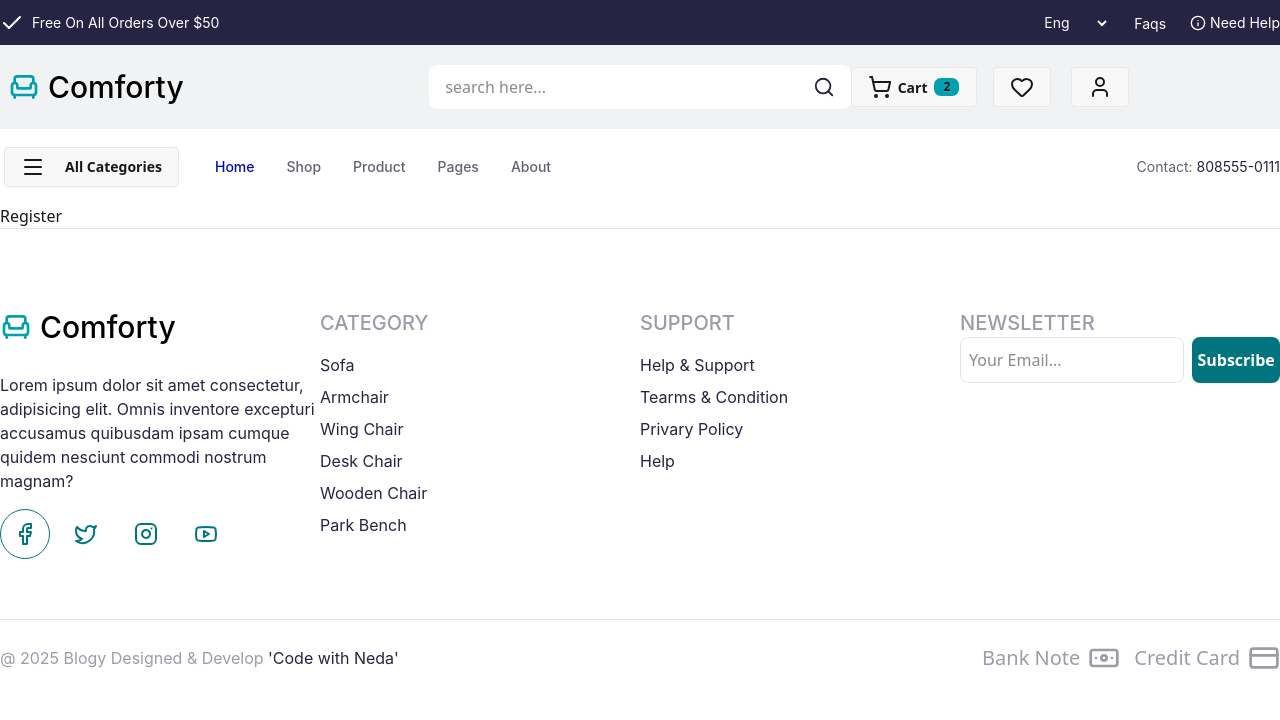
Repository: Neda0o0/store-template-website
Page: /auth/register
An editor plug-in stored every save of this project. The page is shown before and after the next save, followed by the edit.
The browser window is 1280 px wide. The pictures show the whole page.
The project was rebuilt for these pictures with package versions that can differ from the ones it lists, and the page was loaded fresh each time. Also part of the build but not shown: vite.config.js, src/components/Banner/Banner.jsx, src/components/Delivery/Delivery.jsx, src/components/Brand/Brand.jsx, src/components/SectionTitle/SectionTitle.jsx, src/components/Features/Features.jsx, src/components/Categories/Categories.jsx, src/components/Product/Product.jsx and 6 more.

Above is the page before, as saved 2025-10-27 17:33:17.

After the next save:
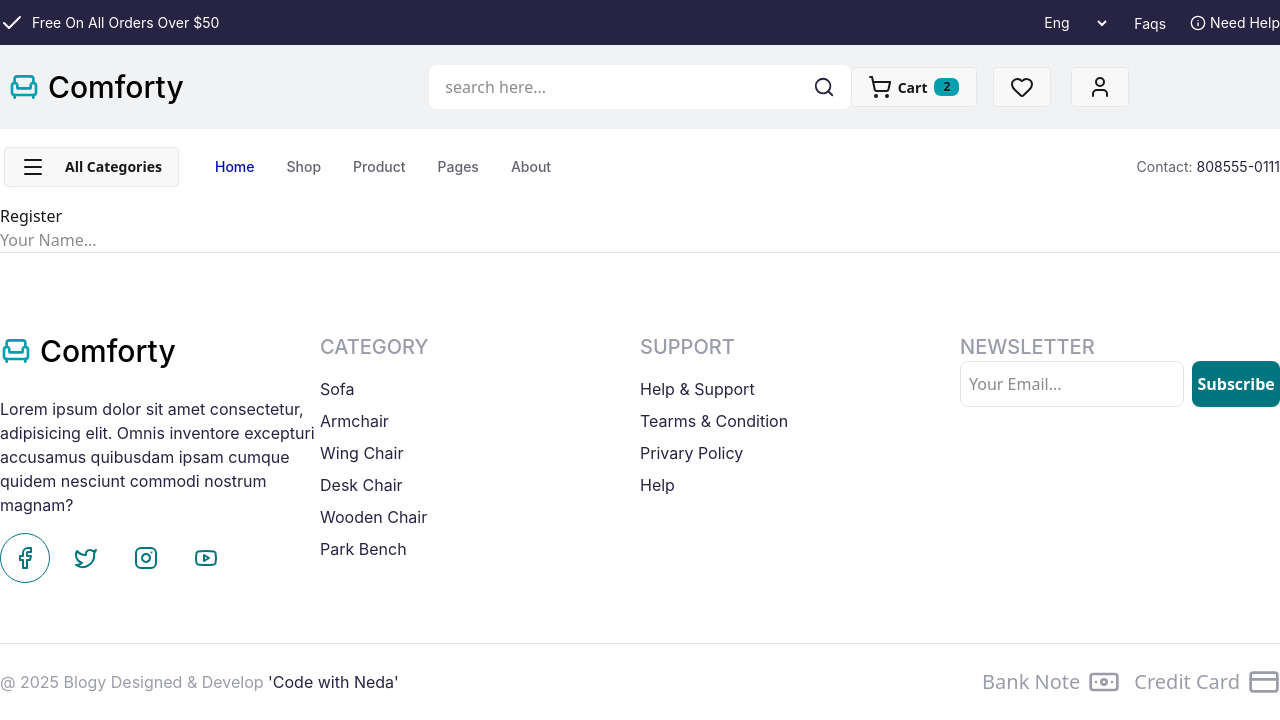
Saved 60 s later.
--- a/src/Pages/Auth/Register/Register.jsx
+++ b/src/Pages/Auth/Register/Register.jsx
@@ -3,6 +3,9 @@ const Register = () => {
     <div className="lg:container mx-auto">
       <div>
         <h3>Register</h3>
+        <form action="#">
+          <input type="text" placeholder="Your Name..." />
+        </form>
       </div>
     </div>
   );
